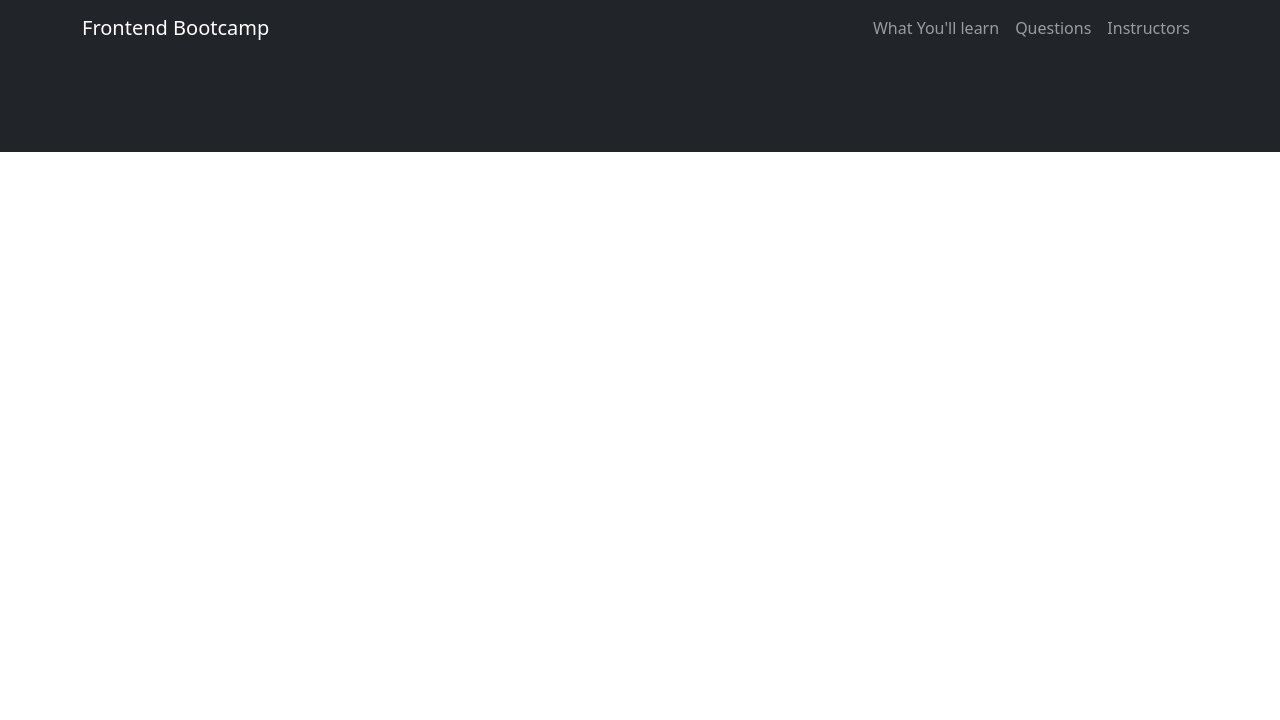
Repository: Marhamat92/Bootstrap5-Responsive-Website-
Page: index.html
An editor plug-in stored every save of this project. The page is shown before and after the next save, followed by the edit.
The browser window is 1280 px wide. The pictures show the whole page.

Above is the page before, as saved 2021-09-18 15:55:23.

After the next save:
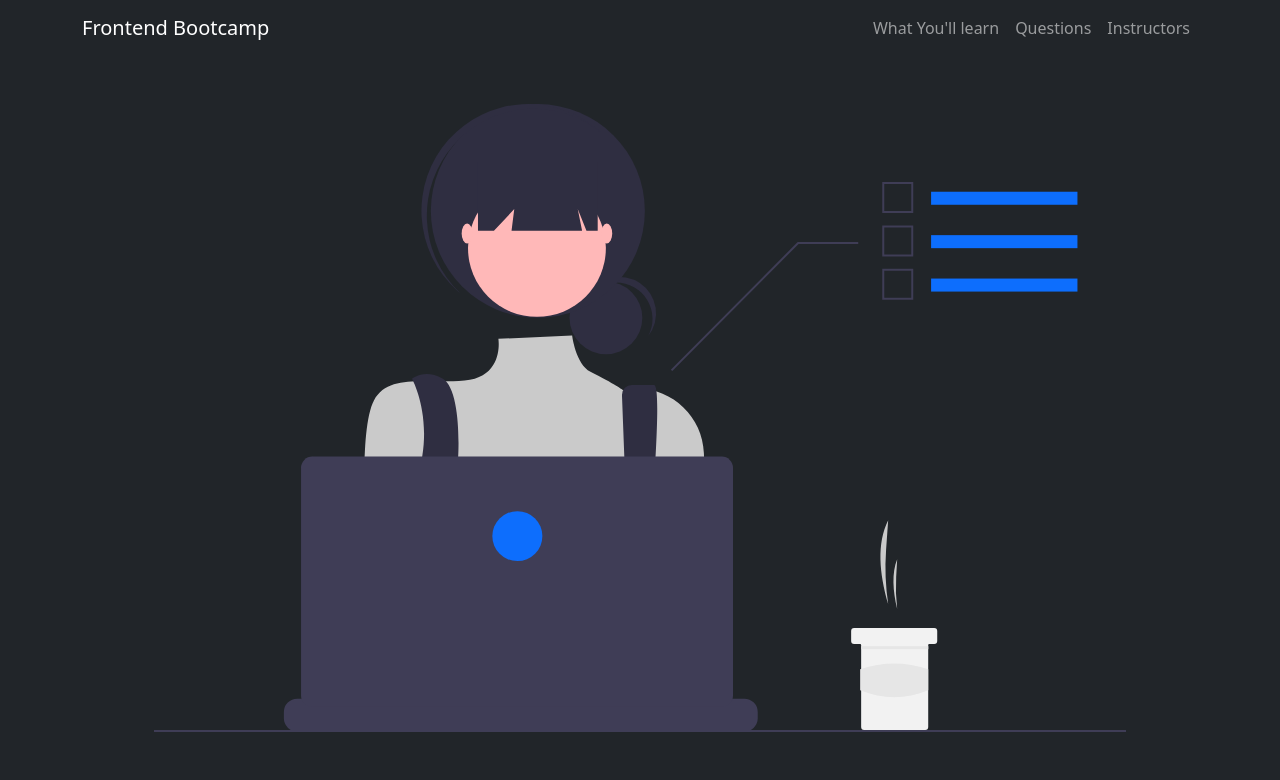
Saved 81 s later.
--- a/index.html
+++ b/index.html
@@ -40,7 +40,10 @@
 
 <section class="bg-dark text-light p-5 text-center">
     <div class="container">
-
+      <div>
+          <div></div>
+          <img src="img/showcase.svg" alt="showcase">
+      </div>
     </div>
 </section>
 
